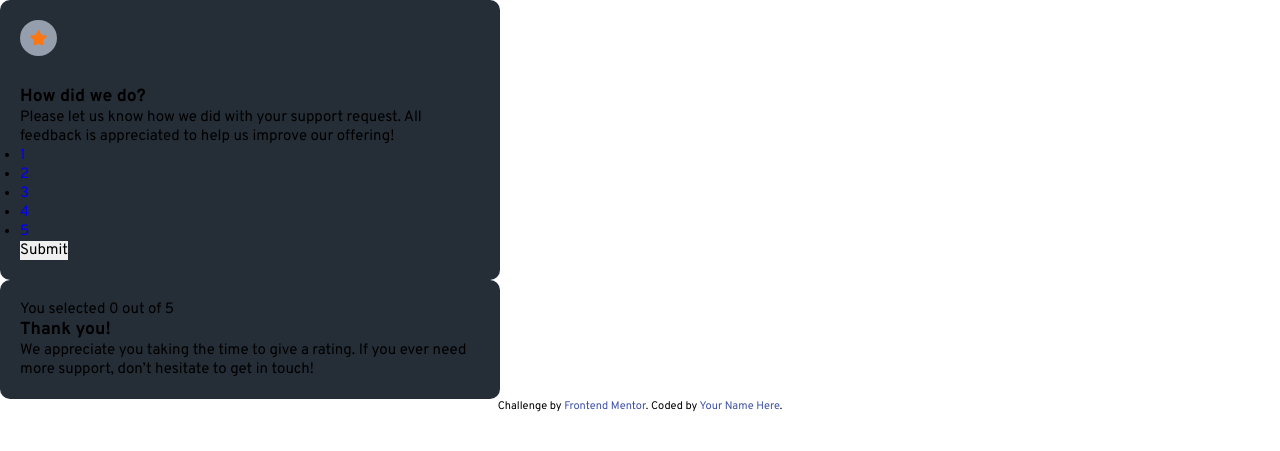
Repository: huynhnhutanhduy/interactive-rating-component
Page: index.html
The author's editor kept a copy of each file at every save. The page is drawn from the files as they stood at one save, then again after the next save.
The browser window is 1280 px wide. The pictures show the whole page.

Above is the page before, as saved 2022-10-19 09:54:47.

After the next save:
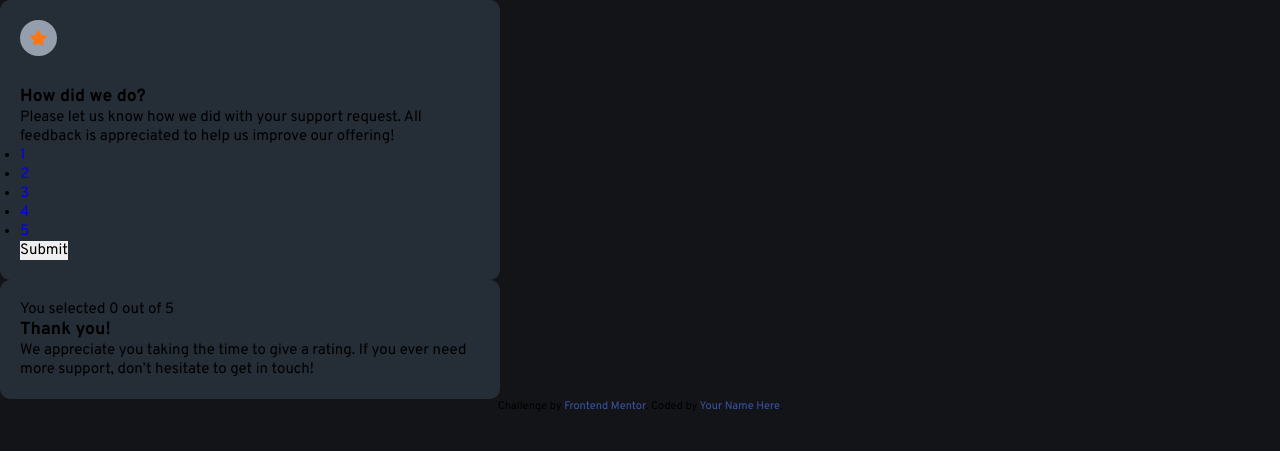
Saved 73 s later.
--- a/app.css
+++ b/app.css
@@ -24,6 +24,7 @@ body {
   font-size: 1.5rem;
   font-family: "Overpass", sans-serif;
   font-weight: normal;
+  background-color: var(--very-dark-blue);
 }
 a {
   text-decoration: none;
